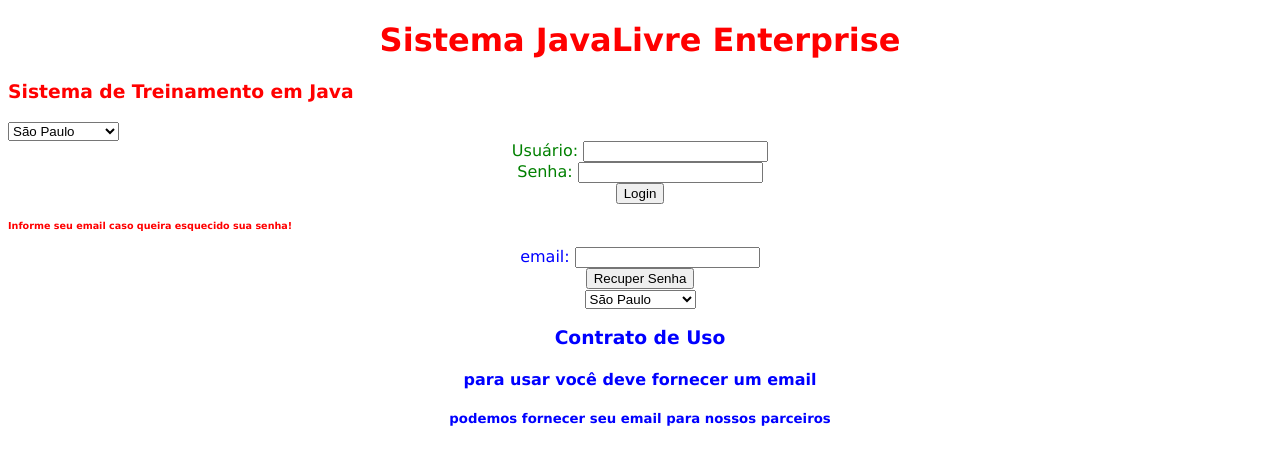
Repository: marciojv/treina-java
Page: workspace/JavaLivre/src/html/login.html
An editor plug-in stored every save of this project. The page is shown before and after the next save, followed by the edit.
The browser window is 1280 px wide. The pictures show the whole page.

Above is the page before, as saved 2017-06-10 16:30:12.

After the next save:
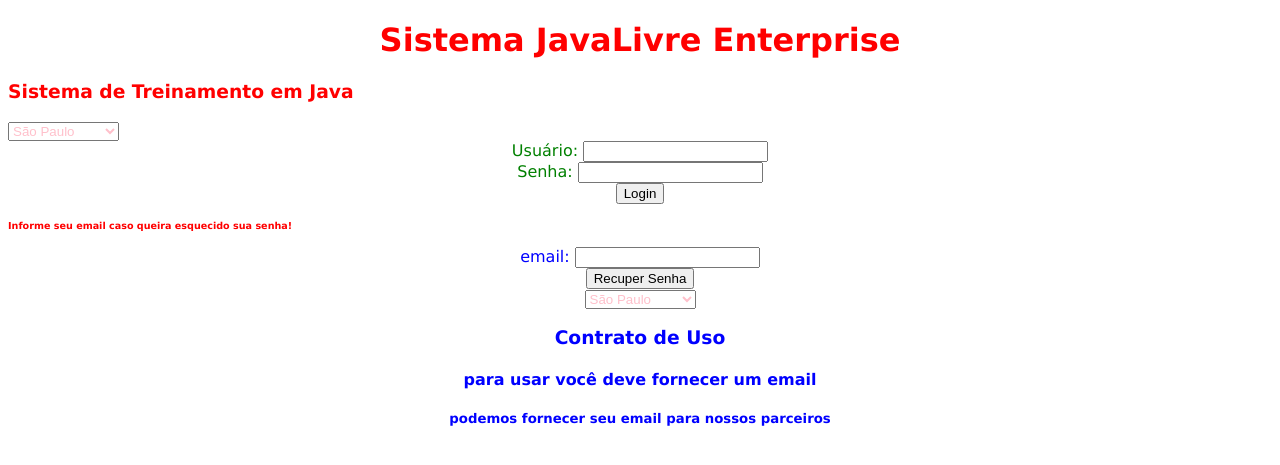
Saved 83 s later.
--- a/workspace/JavaLivre/src/html/css/javalivre.css
+++ b/workspace/JavaLivre/src/html/css/javalivre.css
@@ -5,6 +5,9 @@ body {
   font-family: verdana;
 }
 
+select {
+    color: pink;
+}
 
 
 /* Adiciona o Css a todos elementos */
